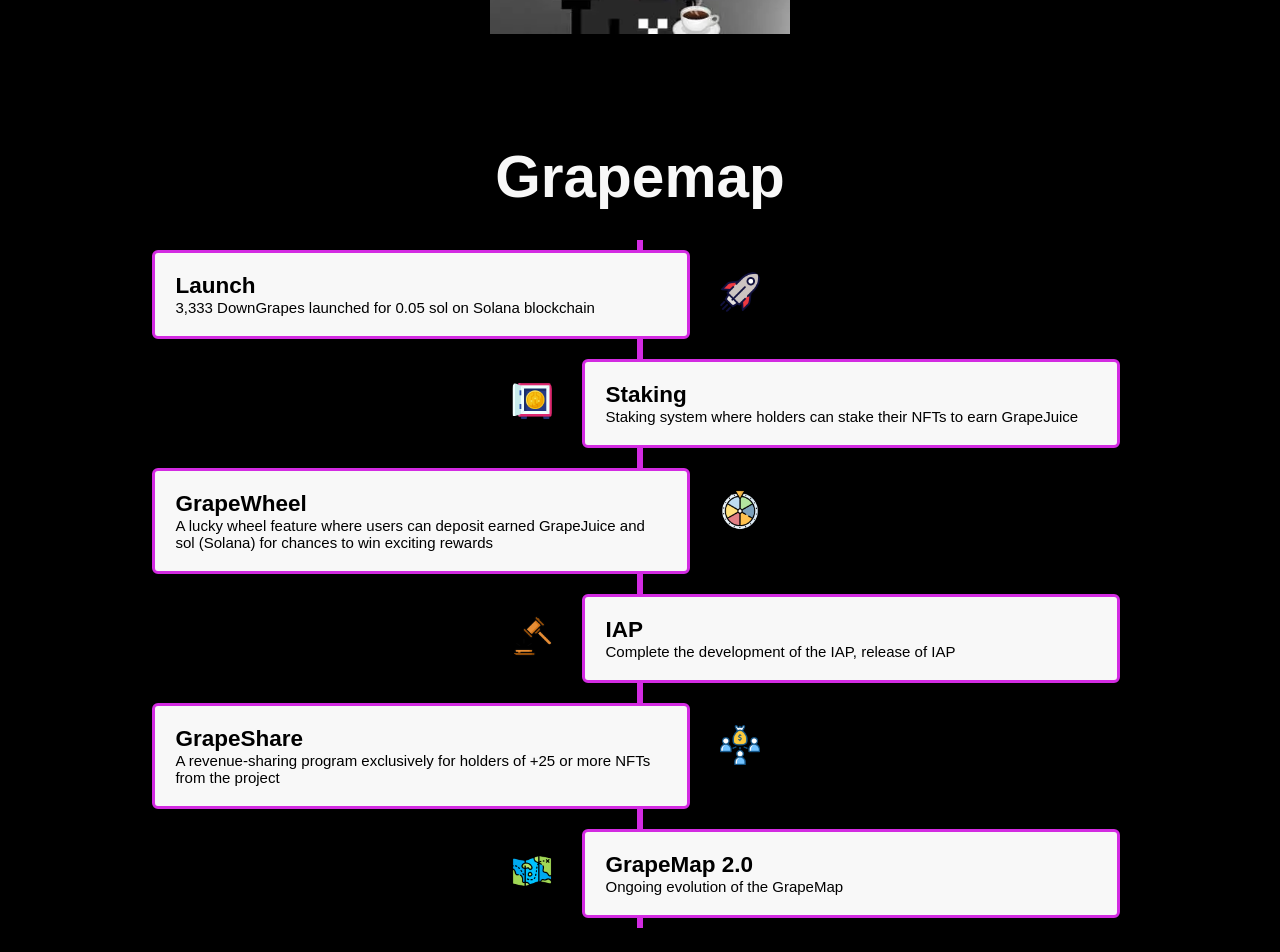
Repository: burntaftermint/downgrApes-NFTs
Page: index.html
These files come from the project's save history. The page is drawn as it stood at one moment and after the next save; the edit follows.
The browser window is 1280 px wide. The pictures show the part of the page from y = 1811 to 2763 px (the page is 2936 px tall).

Above is the page before, as saved 2023-11-09 03:13:14.

After the next save:
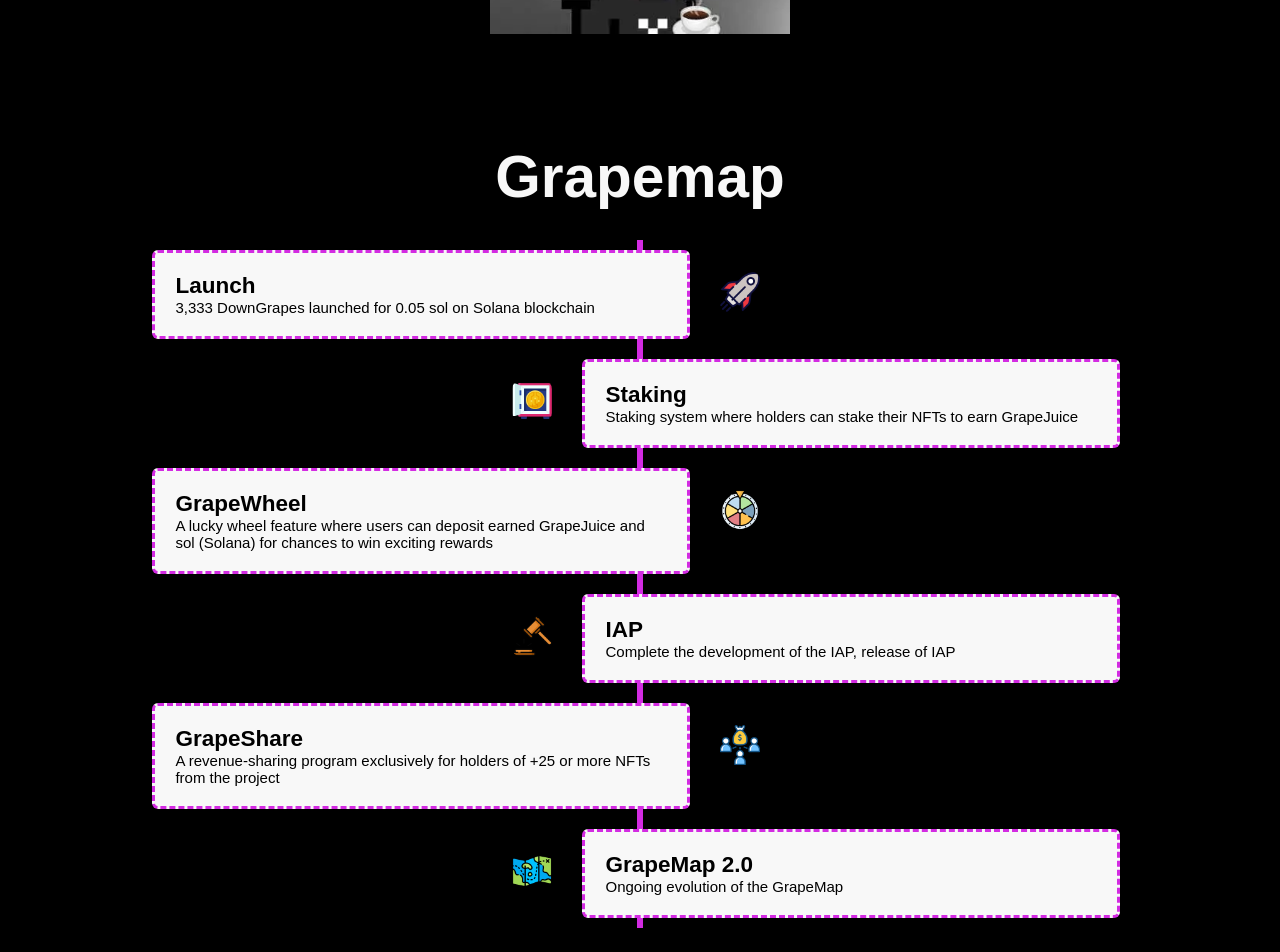
Saved 2 min 14 s later.
--- a/style.css
+++ b/style.css
@@ -199,7 +199,7 @@
     position: relative;
     border-radius: 6px;
     font-size: 15px;
-    border-style: solid;
+    border-style: dashed;
     border-color: rgb(211, 43, 226);
 
 

After the save that followed:
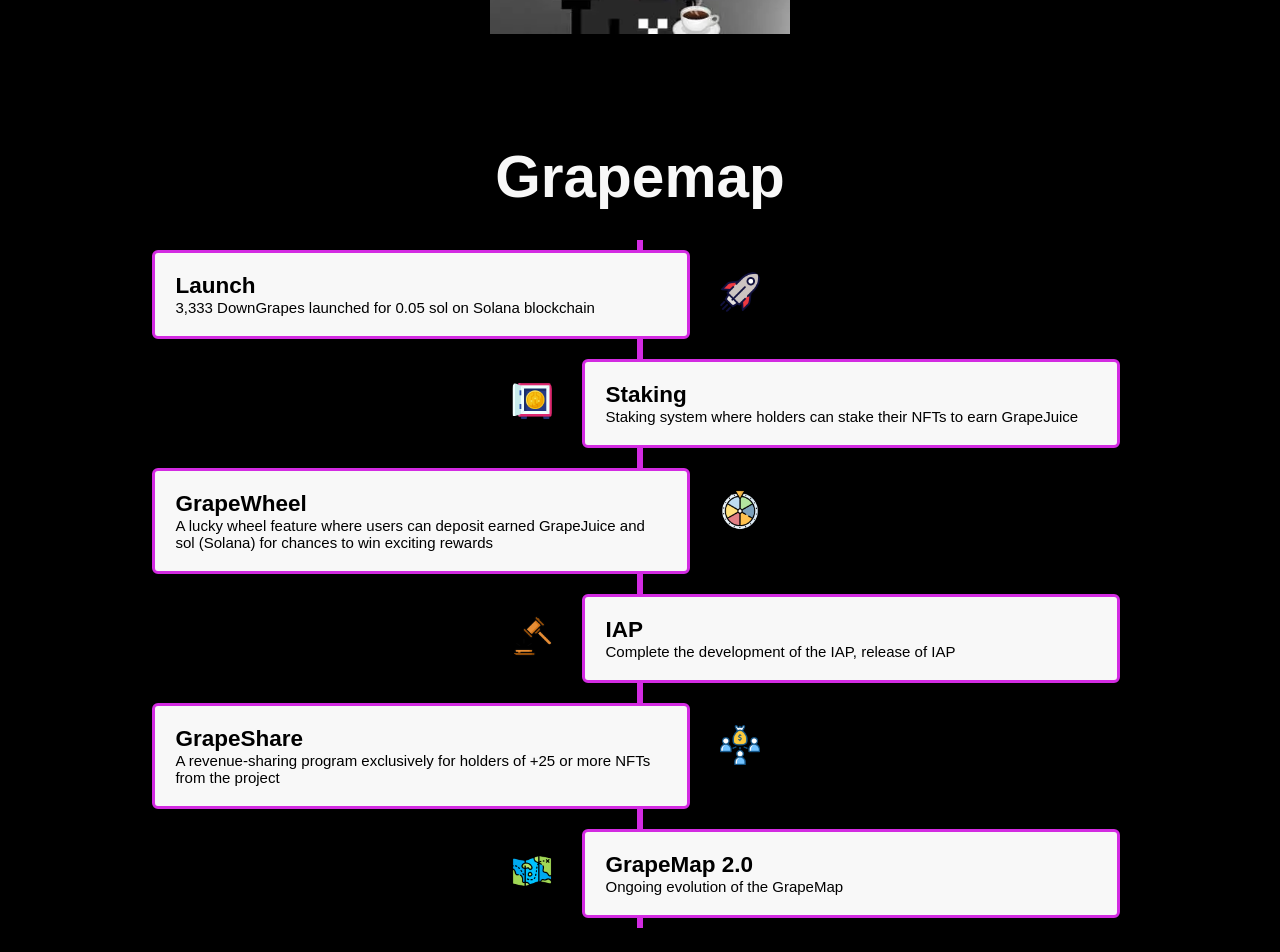
Saved 7 s later.
--- a/style.css
+++ b/style.css
@@ -199,7 +199,7 @@
     position: relative;
     border-radius: 6px;
     font-size: 15px;
-    border-style: dashed;
+    border-style: solid;
     border-color: rgb(211, 43, 226);
 
 
